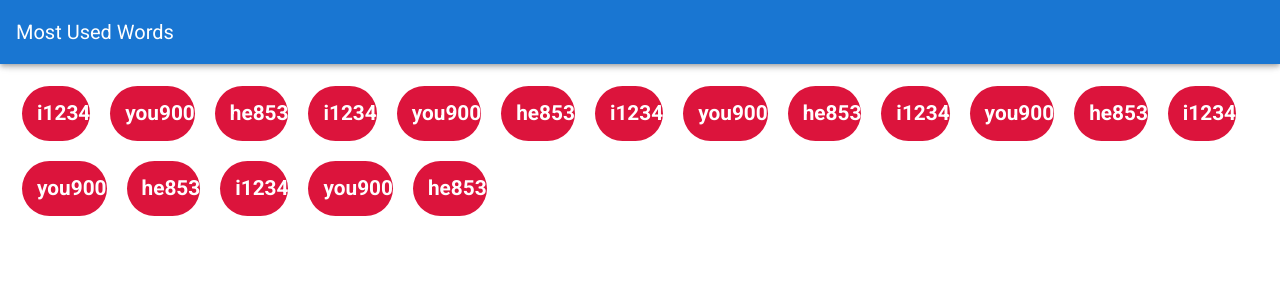
Repository: WillianPer/MOST-USED-WORDS
Page: /
An editor plug-in stored every save of this project. The page is shown before and after the next save, followed by the edit.
The browser window is 1280 px wide. The pictures show the whole page.
The project was rebuilt for these pictures with package versions that can differ from the ones it lists, and the page was loaded fresh each time. Also part of the build but not shown: vue.config.js.

Above is the page before, as saved 2022-09-05 21:58:39.

After the next save:
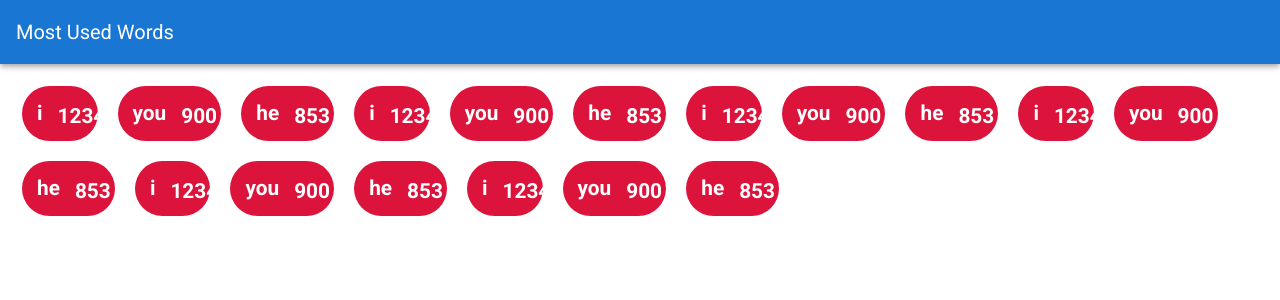
Saved 4 min 38 s later.
--- a/src/components/PillVue.vue
+++ b/src/components/PillVue.vue
@@ -29,4 +29,11 @@ export default {
     .pill .name {
       margin-left: 15px;
     }
+
+    .pill .amount {
+      margin: 10px;
+      padding: 5px;
+      height: 35px;
+      width: 35px;
+    }
 </style>
